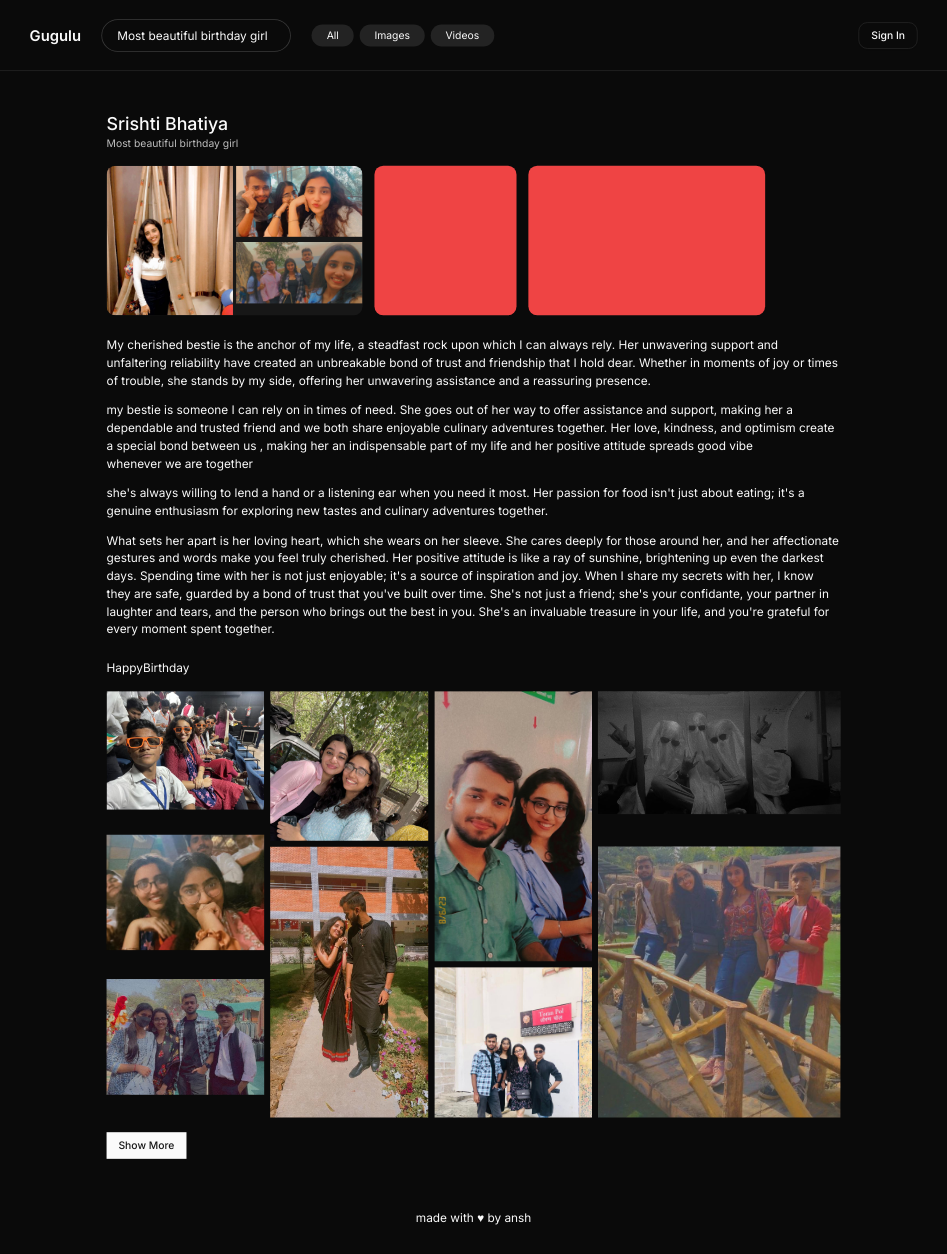
Repository: Harshgoel17/anshfinal
Page: /srishti
These files come from the project's save history. The page is drawn as it stood at one moment and after a run of saves; the edit follows.
The browser window is 1280 px wide. The pictures show the whole page, at 74% of full size.
The project was rebuilt for these pictures with package versions that can differ from the ones it lists, and the page was loaded fresh each time. The framework's server and built-in components were replaced by stand-ins that run in the browser. Also part of the build but not shown: next.config.js.

Above is the page before, as saved 2023-10-06 17:36:12.

### app/layout.js
import "./globals.css";
import { Inter } from "next/font/google";

const inter = Inter({ subsets: ["latin"] });

export const metadata = {
  title: "Gugulu",
  description: "Generated by create next app",
};

export default function RootLayout({ children }) {
  return (
    <html lang="en">
      <body className={inter.className}>{children}</body>
    </html>
  );
}

### app/srishti/page.jsx
import Gallery from '@/components/Gallery'
import HappyBirthday from '@/components/HappyBirthday'
import Navbar from '@/components/Navbar'
import { Button } from '@/components/ui/button'
import React from 'react'

const page = () => {



  return (
    <div className='overflow-x-hidden'>
        <Navbar />
        <div className='py-14 px-36 gap-5 flex flex-col'>
            <div>
                <h1 className='text-2xl font-medium'>Srishti Bhatiya</h1>
                <p className='text-sm opacity-75'>Most beautiful birthday girl</p>
            </div>

            <div className='flex items-center gap-4'>
                <div className='bg-neutral-900 lg:w-[27vw] h-[28vh]  rounded-xl flex gap-1 overflow-hidden'>
                    <span className=' w-[50%] h-full relative overflow-hidden'>
                        <img src="images/84.jpg" alt="" className='absolute' />
                    </span>

                    <div className='flex flex-col gap-1 w-[50%] h-full overflow-hidden'>
                        <span className=' h-[50%] w-full relative overflow-hidden'>
                            <img src="images/71.jpg" alt="" className='absolute' />
                        </span>
                        <span className=' h-[50%] w-full relative overflow-hidden'>
                            <img src="images/24.jpg" alt="" className='absolute' />
                        </span>
                    </div>
                </div>

                <div className='bg-red-500 lg:w-[15vw] h-[28vh]  rounded-xl flex gap-1 overflow-hidden'>

                </div>

                <div className='bg-red-500 lg:w-[25vw] h-[28vh]  rounded-xl flex gap-1 overflow-hidden'>

                </div>
            </div>

            <div className='text-lol py-2 flex flex-col gap-4'>
                <p>
                My cherished bestie is the anchor of my life, a steadfast rock upon which I can always rely. Her unwavering support and unfaltering reliability have created an unbreakable bond of trust and friendship that I hold dear. Whether in moments of joy or times of trouble, she stands by my side, offering her unwavering assistance and a reassuring presence.


                </p>

                <p>
                my bestie is someone I can rely on in times of need. She goes out of her way to offer assistance and support, making her a dependable and trusted friend and we both share enjoyable culinary adventures together. Her love, kindness, and optimism create a special bond between us , making her an indispensable part of my life and her positive attitude spreads good vibe whenever we are together


                </p>

                <p>
                she's always willing to lend a hand or a listening ear when you need it most. Her passion for food isn't just about eating; it's a genuine enthusiasm for exploring new tastes and culinary adventures together.



                </p>

                <p>
                What sets her apart is her loving heart, which she wears on her sleeve. She cares deeply for those around her, and her affectionate gestures and words make you feel truly cherished. Her positive attitude is like a ray of sunshine, brightening up even the darkest days. Spending time with her is not just enjoyable; it's a source of inspiration and joy.
When I share my secrets with her, I know they are safe, guarded by a bond of trust that you've built over time. She's not just a friend; she's your confidante, your partner in laughter and tears, and the person who brings out the best in you. She's an invaluable treasure in your life, and you're grateful for every moment spent together.
                </p>
            </div>

            <HappyBirthday />

            <Gallery />




            <a href="/srishti/images">
                <Button >Show More</Button>
            </a>



            <div className='mt-12 mb-[-20px] text-center'>
                made with ♥ by ansh
            </div>
        </div>
    </div>
  )
}

export default page

### app/globals.css
@tailwind base;
@tailwind components;
@tailwind utilities;

@layer base {
  :root {
    --background: 0 0% 3.9%;
    --foreground: 0 0% 98%;

    --card: 0 0% 3.9%;
    --card-foreground: 0 0% 98%;

    --popover: 0 0% 3.9%;
    --popover-foreground: 0 0% 98%;

    --primary: 0 0% 98%;
    --primary-foreground: 0 0% 9%;

    --secondary: 0 0% 14.9%;
    --secondary-foreground: 0 0% 98%;

    --muted: 0 0% 14.9%;
    --muted-foreground: 0 0% 63.9%;

    --accent: 0 0% 14.9%;
    --accent-foreground: 0 0% 98%;

    --destructive: 0 62.8% 30.6%;
    --destructive-foreground: 0 0% 98%;

    --border: 0 0% 14.9%;
    --input: 0 0% 14.9%;
    --ring: 0 0% 83.1%;
  }

  .dark {
    --background: 0 0% 3.9%;
    --foreground: 0 0% 98%;

    --card: 0 0% 3.9%;
    --card-foreground: 0 0% 98%;

    --popover: 0 0% 3.9%;
    --popover-foreground: 0 0% 98%;

    --primary: 0 0% 98%;
    --primary-foreground: 0 0% 9%;

    --secondary: 0 0% 14.9%;
    --secondary-foreground: 0 0% 98%;

    --muted: 0 0% 14.9%;
    --muted-foreground: 0 0% 63.9%;

    --accent: 0 0% 14.9%;
    --accent-foreground: 0 0% 98%;

    --destructive: 0 62.8% 30.6%;
    --destructive-foreground: 0 0% 98%;

    --border: 0 0% 14.9%;
    --input: 0 0% 14.9%;
    --ring: 0 0% 83.1%;
  }
}

@layer base {
  * {
    @apply border-border;
  }
  body {
    @apply bg-background text-foreground;
  }
}

### components/Gallery.jsx
import React from 'react'

const Gallery = () => {
  return (
    <div className='h-[80vh] max-h-[80vh] flex gap-2'>
        <div className='grid grid-cols-3 gap-2 h-full  w-full flex-[2]  '>
            <div className='flex flex-col h-full w-full  gap-2'>
                <span className=' w-full h-full relative overflow-hidden'>
                    <img src="/images/34.jpg" alt="" className='absolute'/>
                </span>
                <span className=' w-full h-full relative overflow-hidden'>
                    <img src="/images/33.jpg" alt="" className='absolute scale-[1.6]'/>
                </span>
                <span className=' w-full h-full relative overflow-hidden'>
                    <img src="/images/25.jpg" alt="" className='absolute scale-[1.7]'/>
                </span>
            </div>

            <div className='flex flex-col h-full w-full  gap-2'>
                <span className=' w-full h-full flex-1 relative overflow-hidden'>
                    <img src="/images/79.jpg" alt="" className='absolute '/>
                </span>

                <span className=' w-full h-full flex-[1.8] relative overflow-hidden'>
                    <img src="/images/50.jpg" alt="" className='absolute '/>
                </span>
            </div>

            <div className='flex flex-col h-full w-full  gap-2'>
                <span className=' w-full h-full flex-[1.8] relative overflow-hidden'>
                    <img src="/images/89.jpg" alt="" className='absolute '/>
                </span>
                <span className=' w-full h-full flex-1 relative overflow-hidden'>
                    <img src="/images/36.jpg" alt="" className='absolute '/>
                </span>

            </div>


        </div>

        <div className='flex h-full flex-col w-full flex-1 gap-2  '>
            <span className=' w-full h-full flex-1 relative overflow-hidden'>
                    <img src="/images/13.jpg" alt="" className='absolute scale-[1.13]'/>
                </span>

                <span className=' w-full h-full flex-[1.8] relative overflow-hidden'>
                    <img src="/images/38.jpg" alt="" className='absolute translate-y-[-230px]'/>
                </span>
        </div>
    </div>
  )
}

export default Gallery

### components/HappyBirthday.jsx
import React from 'react'

const HappyBirthday = () => {
  return (
    <div>HappyBirthday</div>
  )
}

export default HappyBirthday

### components/Navbar.jsx
import React from 'react'
import { Button } from "@/components/ui/button";

const Navbar = () => {
  return (
    <div className='flex h-24 w-screen items-center justify-between border-b px-10'>
        <div className='flex gap-7 items-center'>
            <h1 className='text-xl font-semibold'>Gugulu</h1>
            <input type="text" className="bg-background border border-foreground/20 rounded-full h-11 w-[20vw] px-5" value={'Most beautiful birthday girl'}/>

            <div className='flex items-center justify-center gap-2 text-sm'>
                <a href='/srishti' className='rounded-full bg-foreground/10 px-5 py-[5px] cursor-pointer'>All</a>
                <a href='/srishti/images' className='rounded-full bg-foreground/10 px-5 py-[5px] cursor-pointer'>Images</a>
                <a href='/srishti/videos' className='rounded-full bg-foreground/10 px-5 py-[5px] cursor-pointer'>Videos</a>
                {/*  */}
            </div>
        </div>
        <div className='flex items-center gap-6'>
            <Button variant="outline" className="rounded-xl" >Sign In</Button>
        </div>
    </div>
  )
}

export default Navbar

### components/ui/button.jsx
import * as React from "react"
import { Slot } from "@radix-ui/react-slot"
import { cva } from "class-variance-authority";

import { cn } from "@/lib/utils"

const buttonVariants = cva(
  "inline-flex items-center justify-center rounded-md text-sm font-medium transition-colors focus-visible:outline-none focus-visible:ring-1 focus-visible:ring-ring disabled:pointer-events-none disabled:opacity-50",
  {
    variants: {
      variant: {
        default:
          "bg-primary text-primary-foreground shadow hover:bg-primary/90",
        destructive:
          "bg-destructive text-destructive-foreground shadow-sm hover:bg-destructive/90",
        outline:
          "border border-input bg-transparent shadow-sm hover:bg-accent hover:text-accent-foreground",
        secondary:
          "bg-secondary text-secondary-foreground shadow-sm hover:bg-secondary/80",
        ghost: "hover:bg-accent hover:text-accent-foreground",
        link: "text-primary underline-offset-4 hover:underline",
      },
      size: {
        default: "h-9 px-4 py-2",
        sm: "h-8 rounded-md px-3 text-xs",
        lg: "h-10 rounded-md px-8",
        icon: "h-9 w-9",
      },
    },
    defaultVariants: {
      variant: "default",
      size: "default",
    },
  }
)

const Button = React.forwardRef(({ className, variant, size, asChild = false, ...props }, ref) => {
  const Comp = asChild ? Slot : "button"
  return (
    (<Comp
      className={cn(buttonVariants({ variant, size, className }))}
      ref={ref}
      {...props} />)
  );
})
Button.displayName = "Button"

export { Button, buttonVariants }

Loaded but not shown: lib/utils.js (common file); tailwind.config.js (common file)

After the next 3 saves:
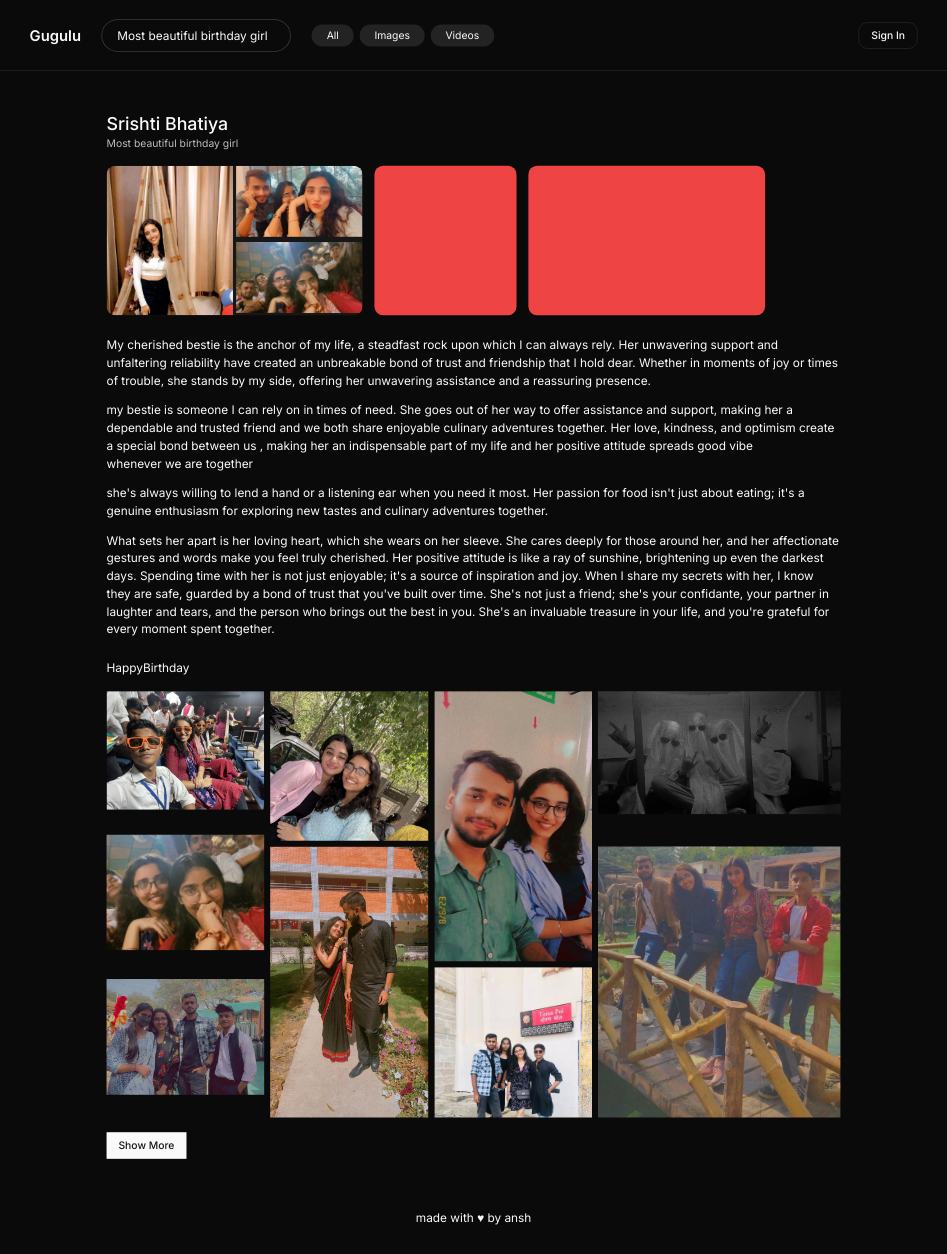
The 3 saves are shown as one change because they came seconds apart.
The last was saved 12 s later.
--- a/app/srishti/page.jsx
+++ b/app/srishti/page.jsx
@@ -28,7 +28,7 @@ const page = () => {
                             <img src="images/71.jpg" alt="" className='absolute' />
                         </span>
                         <span className=' h-[50%] w-full relative overflow-hidden'>
-                            <img src="images/24.jpg" alt="" className='absolute' />
+                            <img src="images/33.jpg" alt="" className='absolute' />
                         </span>
                     </div>
                 </div>
